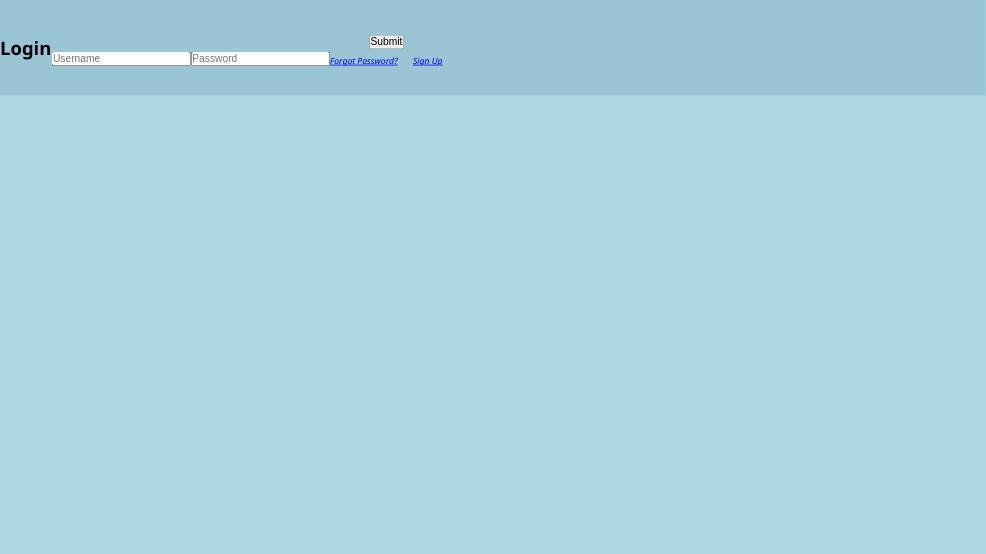
Repository: busra-kayaa/LoginPage
Page: login.html
These files come from the project's save history. The page is drawn as it stood at one moment and after a run of saves; the edit follows.
The browser window is 1280 px wide. The pictures show the whole page, at 77% of full size.

Above is the page before, as saved 2023-12-29 10:07:52.

### login.html
<!DOCTYPE html>
<html>
    <head>
        <title>Login Page</title>
        <link rel="stylesheet" href="./style.css" type="text/css"/>
    </head>
    <body>
        <div class="login-from-container">
            <h2>Login</h2>
            <div class="input-group">
                <i class="fa fa-user"></i>
                <input
                    type="text"
                    placeholder="Username"
                    class="input-text"
                    autocomplete="off"
                />
            </div>
            <div class="input-group">
                <i class="fa fa-unclok-alt"></i>
                <input
                    type="password"
                    placeholder="Password"
                    class="input-text"
                    autocomplete="off"
                />
            </div>
            <div class="subgroup">
                <div class="button-group" id="login-button">
                    <button onclick="alert('Bilgileriniz Başarıyla Alınmıştır.')">Submit</button>
                </div>
                <div class="footer">
                    <a href="#">Forgot Password?</a>
                    <a href="#">Sign Up</a>
                </div>
            </div>
        </div>
    </body>
</html>

### style.css

* {
    padding: 0px;
    margin: 0px;
}

body {
    background-color: lightblue;
    font-family: 'Segoe UI', Tahoma, Geneva, Verdana, sans-serif;
}

.login-from-container {
    background-color: rgb(153, 197, 212);
    display: flex;
    flex-direction: row;
    align-items: center;
}
.input-group {
    margin-top: 5%;
    margin-bottom: 3%;
}
.button-group {
    display: flex;
    justify-content: center;
    align-items: center;
    margin: 5%;
}
.subgroup {
}
.footer {
    display: flex;
    flex-direction: raw;
    gap: 20px;
    font-size: 70%;
    font-style: italic;
}

After the next 11 saves:
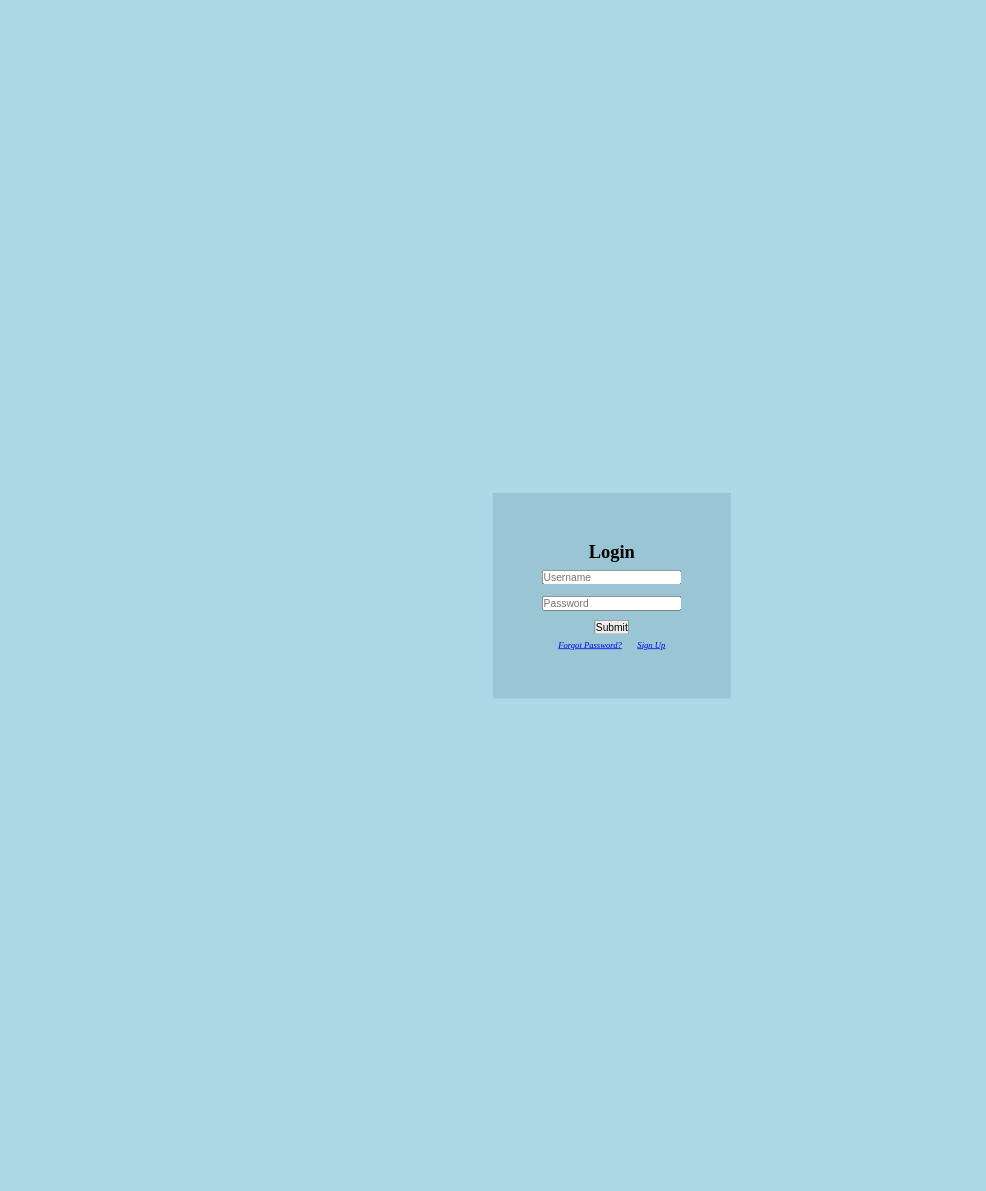
The 11 saves are shown as one change because they came seconds apart.
The last was saved 41 s later.
--- a/style.css
+++ b/style.css
@@ -1,19 +1,26 @@
 
-* {
+*{
     padding: 0px;
     margin: 0px;
 }
-
 body {
     background-color: lightblue;
-    font-family: 'Segoe UI', Tahoma, Geneva, Verdana, sans-serif;
+    color: black;
+    display: flex;
+    flex-direction: row;
+    align-items: center;
+    font-size: 100%;
 }
 
 .login-from-container {
     background-color: rgb(153, 197, 212);
     display: flex;
-    flex-direction: row;
+    flex-direction: column;
+    justify-content: center;
     align-items: center;
+    text-align: center;
+    padding: 5%;
+    margin: 50%;
 }
 .input-group {
     margin-top: 5%;
